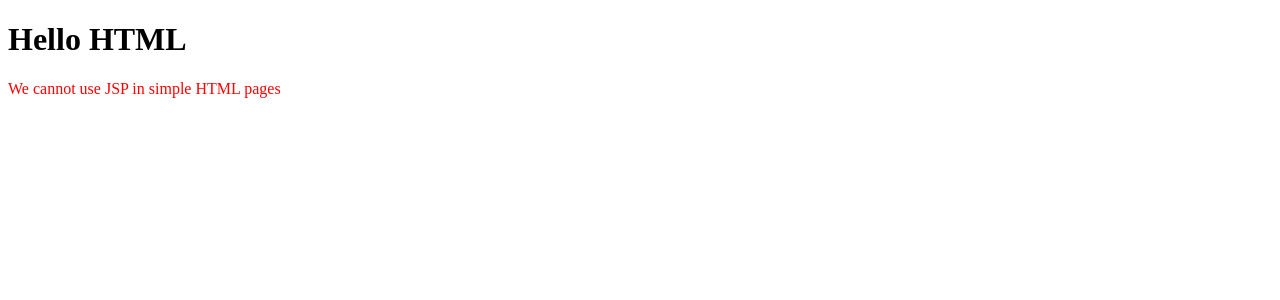
Repository: believemaster/JavaDynamicWeb-JSP
Page: Hello JSP/src/main/webapp/Hello.html
The author's editor kept a copy of each file at every save. The page is drawn from the files as they stood at one save, then again after the next save.
The browser window is 1280 px wide. The pictures show the whole page.

Above is the page before, as saved 2022-05-24 17:35:20.

After the next save:
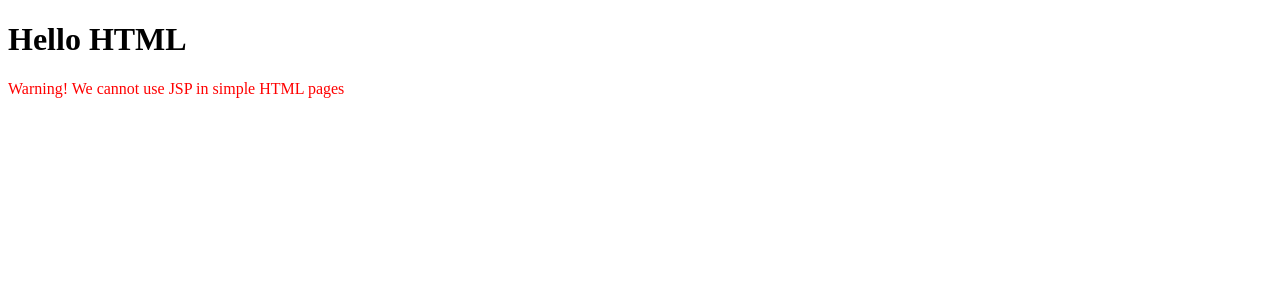
Saved 16 s later.
--- a/Hello JSP/src/main/webapp/Hello.html
+++ b/Hello JSP/src/main/webapp/Hello.html
@@ -11,6 +11,6 @@ color: red;
 </head>
 <body>
 	<h1>Hello HTML</h1>
-	<p class="red">We cannot use JSP in simple HTML pages</p>
+	<p class="red">Warning! We cannot use JSP in simple HTML pages</p>
 </body>
 </html>
